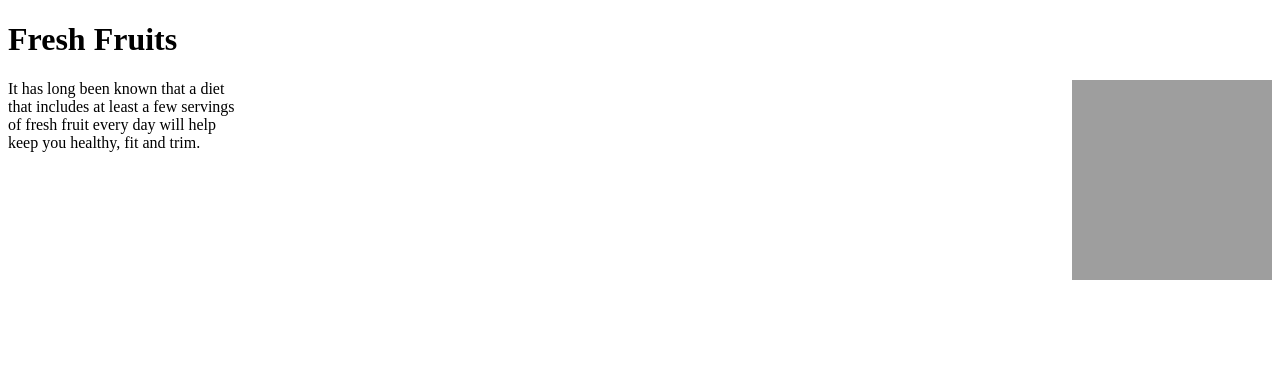
Repository: Helianthusss/Learn-CPP
Page: HTML/lap2/bai1.html
These files come from the project's save history. The page is drawn as it stood at one moment and after the next save; the edit follows.
The browser window is 1280 px wide. The pictures show the whole page.
Pictures or frames that could not be fetched are drawn as grey boxes.

Above is the page before, as saved 2021-09-22 10:09:50.

### HTML/lap2/bai1.html
<!DOCTYPE html>
<html lang="en">
  <head>
    <meta charset="UTF-8" />
    <meta http-equiv="X-UA-Compatible" content="IE=edge" />
    <meta name="viewport" content="width=device-width, initial-scale=1.0" />
    <title>FreshFruits</title>
    <style type="text/css">
      .img {
        position: relative;
      }
    </style>
  </head>
  <body>
    <h1>Fresh Fruits</h1>
    <p>
      <img
        src="https://img.lovepik.com/element/40111/3411.png_860.png"
        alt="Fruits"
        width="200"
        height="200"
        align="right"
      />
      It has long been known that a diet<br />
      that includes at least a few servings<br />
      of fresh fruit every day will help<br />
      keep you healthy, fit and trim.
    </p>
  </body>
</html>

After the next save:
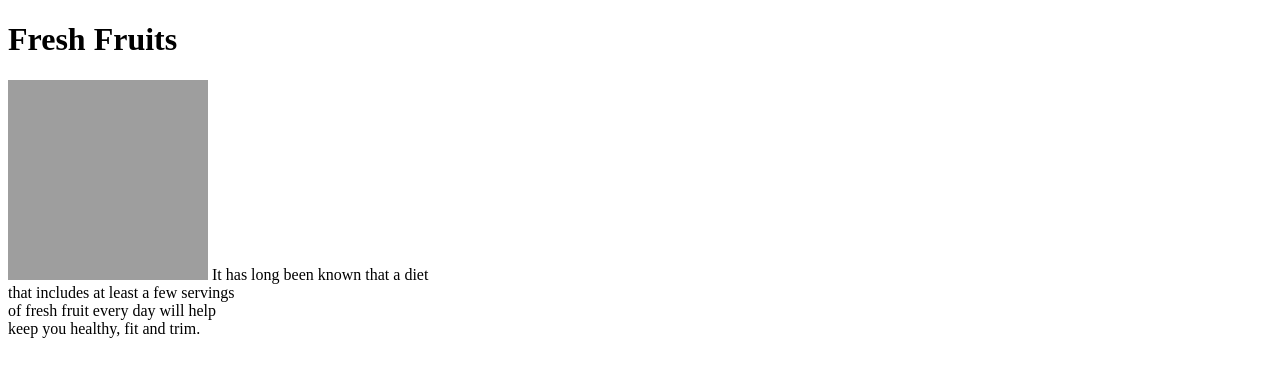
Saved 31 s later.
--- a/HTML/lap2/bai1.html
+++ b/HTML/lap2/bai1.html
@@ -19,7 +19,6 @@
         alt="Fruits"
         width="200"
         height="200"
-        align="right"
       />
       It has long been known that a diet<br />
       that includes at least a few servings<br />

After the 3 saves that followed:
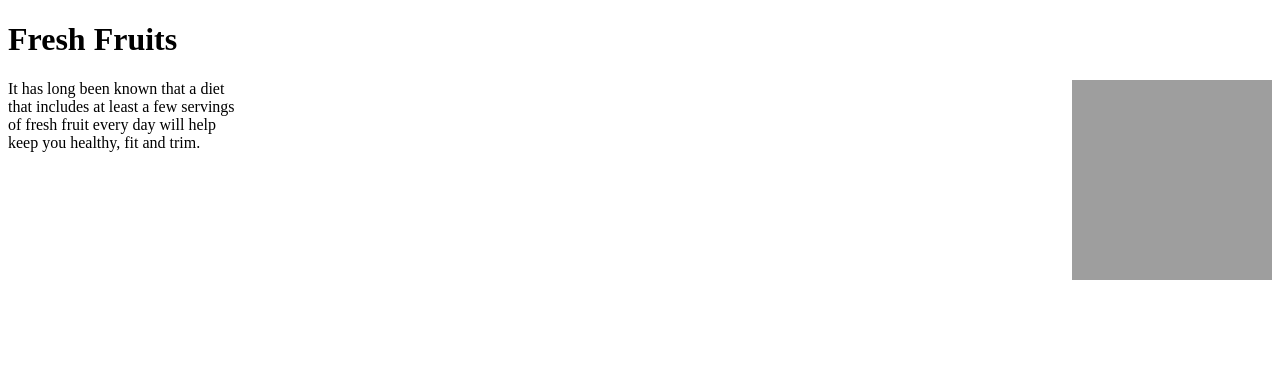
The 3 saves are shown as one change because 2 left the picture as it was.
The last was saved 74 s later.
--- a/HTML/lap2/bai1.html
+++ b/HTML/lap2/bai1.html
@@ -8,6 +8,8 @@
     <style type="text/css">
       .img {
         position: relative;
+        left: 30px;
+        right: 300px;
       }
     </style>
   </head>
@@ -19,6 +21,7 @@
         alt="Fruits"
         width="200"
         height="200"
+        align="right"
       />
       It has long been known that a diet<br />
       that includes at least a few servings<br />
